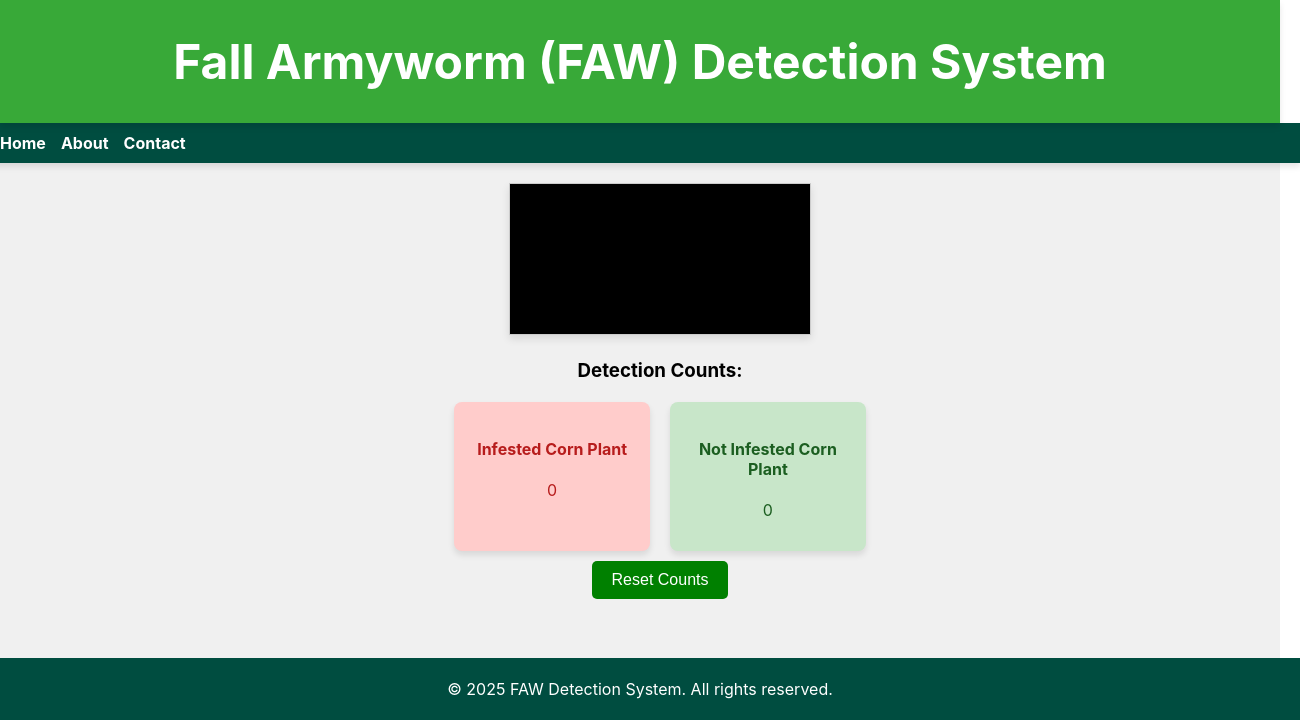
Repository: jansen223/faw-detection-main
Page: /
These files come from the project's save history. The page is drawn as it stood at one moment and after the next save; the edit follows.
The browser window is 1280 px wide. The page is 1300 px wide, so the pictures cover 1300 px, including what lies to the right of the window. The pictures show the whole page.
The page's requests for data from a server got no answer. The project was rebuilt for these pictures with package versions that can differ from the ones it lists, and the page was loaded fresh each time. No one was signed in, and anything a server would have sent is missing.

Above is the page before, as saved 2025-04-10 00:31:07.

After the next save:
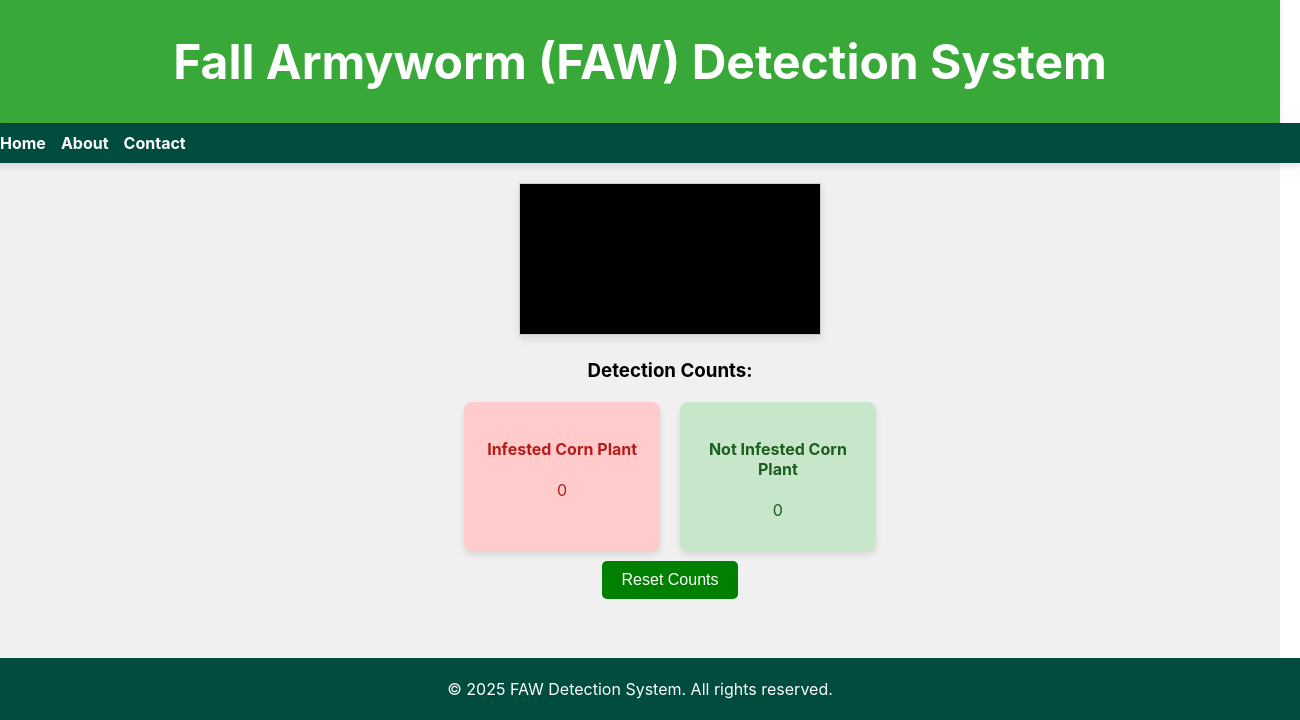
Saved 13 s later.
--- a/src/App.css
+++ b/src/App.css
@@ -151,6 +151,6 @@
 }
 
 .App-content {
-  margin-left: 20px; /* Adjust this value as needed */
+  margin-left: 40px; /* Adjust this value as needed */
   padding-left: 20px; /* Optional: Add padding for better spacing */
 }

After the save that followed:
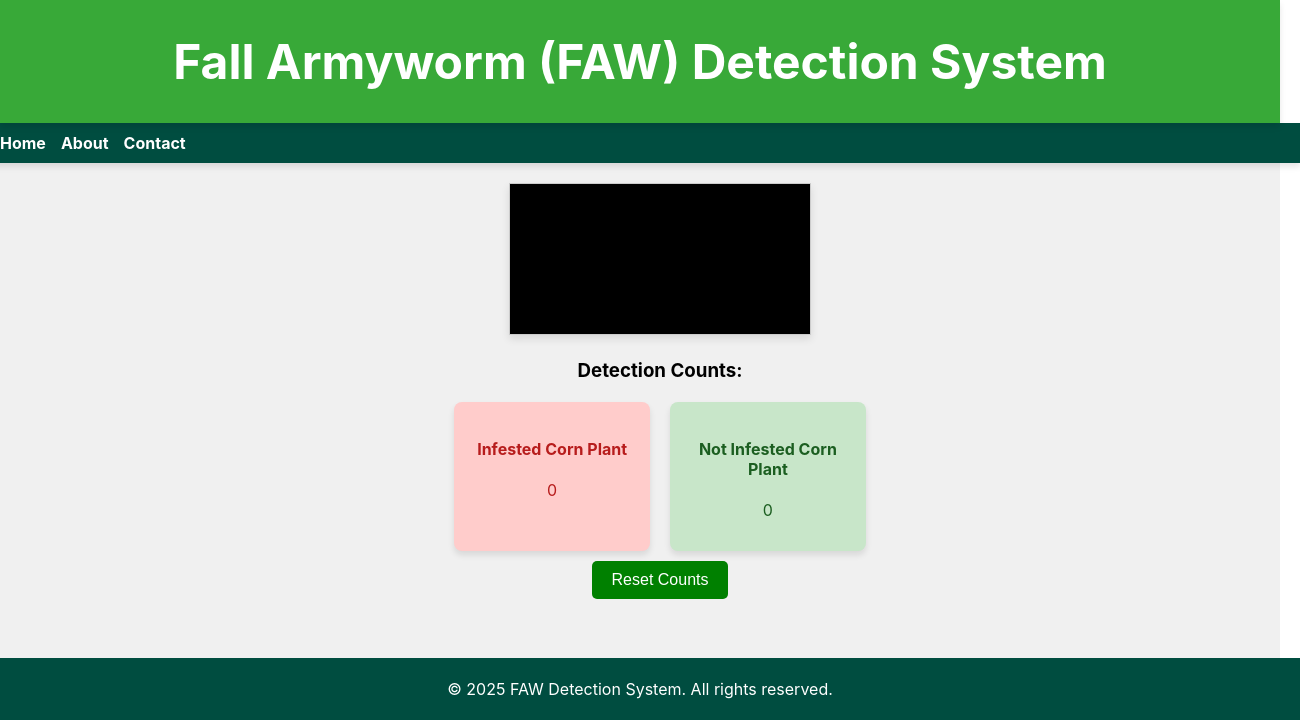
Saved 5 s later.
--- a/src/App.css
+++ b/src/App.css
@@ -151,6 +151,6 @@
 }
 
 .App-content {
-  margin-left: 40px; /* Adjust this value as needed */
+  margin-left: 20px; /* Adjust this value as needed */
   padding-left: 20px; /* Optional: Add padding for better spacing */
 }
